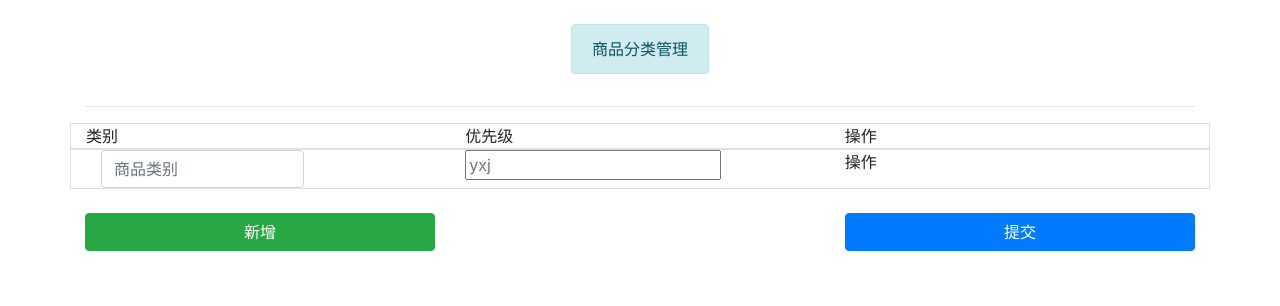
Repository: marveloussj/first_project
Page: o2o/src/main/webapp/WEB-INF/html/shop/productcategorymanage.html
The author's editor kept a copy of each file at every save. The page is drawn from the files as they stood at one save, then again after the next save.
The browser window is 1280 px wide. The pictures show the whole page.
The page's requests for data from a server got no answer. Some web libraries are served in a nearby version.

Above is the page before, as saved 2018-03-17 08:42:30.

After the next save:
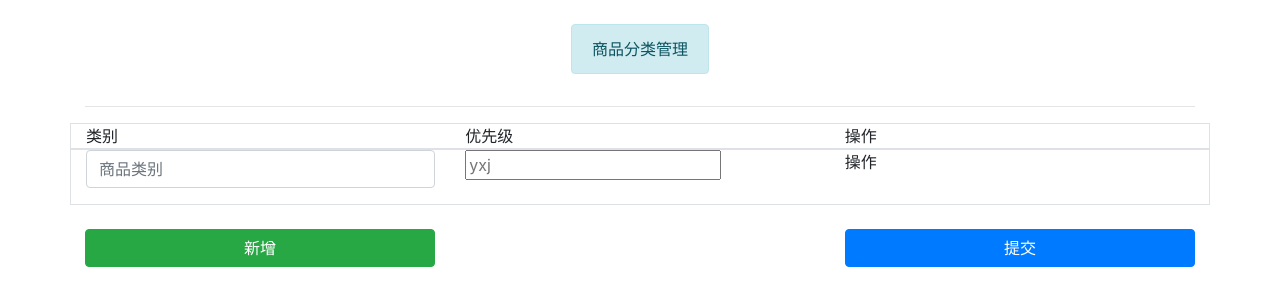
Saved 18 s later.
--- a/o2o/src/main/webapp/WEB-INF/html/shop/productcategorymanage.html
+++ b/o2o/src/main/webapp/WEB-INF/html/shop/productcategorymanage.html
@@ -32,7 +32,7 @@
   <div class="category-wrap"></div>
   <div class="row align-items-start table-bordered temp">
   <div class="col">
-  <div class="col-sm-8">
+  <div class="form-group form-group-sm">
 		<input type="text" class="form-control" placeholder="商品类别">
 		</div>
   </div>

After the save that followed:
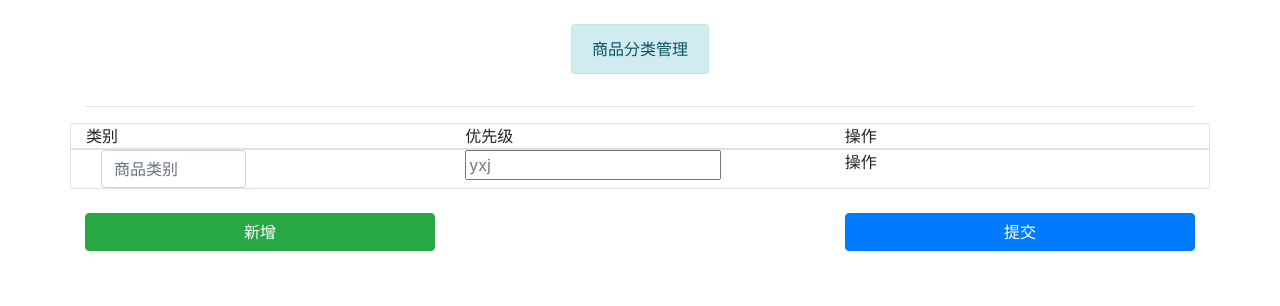
Saved 15 s later.
--- a/o2o/src/main/webapp/WEB-INF/html/shop/productcategorymanage.html
+++ b/o2o/src/main/webapp/WEB-INF/html/shop/productcategorymanage.html
@@ -32,7 +32,7 @@
   <div class="category-wrap"></div>
   <div class="row align-items-start table-bordered temp">
   <div class="col">
-  <div class="form-group form-group-sm">
+  <div class="col-sm-6">
 		<input type="text" class="form-control" placeholder="商品类别">
 		</div>
   </div>
